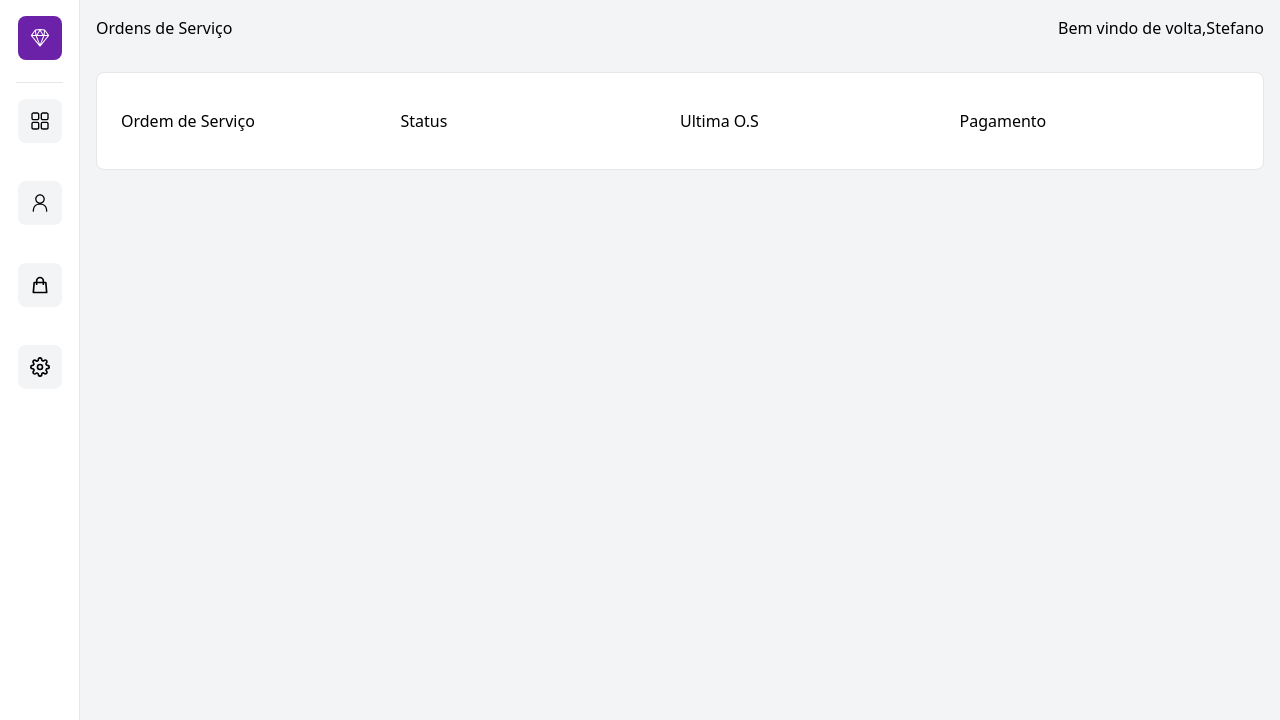
Repository: stefanosousaa/dashboard-next13
Page: /orders
The author's editor kept a copy of each file at every save. The page is drawn from the files as they stood at one save, then again after a run of saves.
The browser window is 1280 px wide. The pictures show the whole page.
The project was rebuilt for these pictures with package versions that can differ from the ones it lists, and the page was loaded fresh each time. The framework's server and built-in components were replaced by stand-ins that run in the browser. Also part of the build but not shown: next.config.js.

Above is the page before, as saved 2023-05-18 18:22:51.

After the next 3 saves:
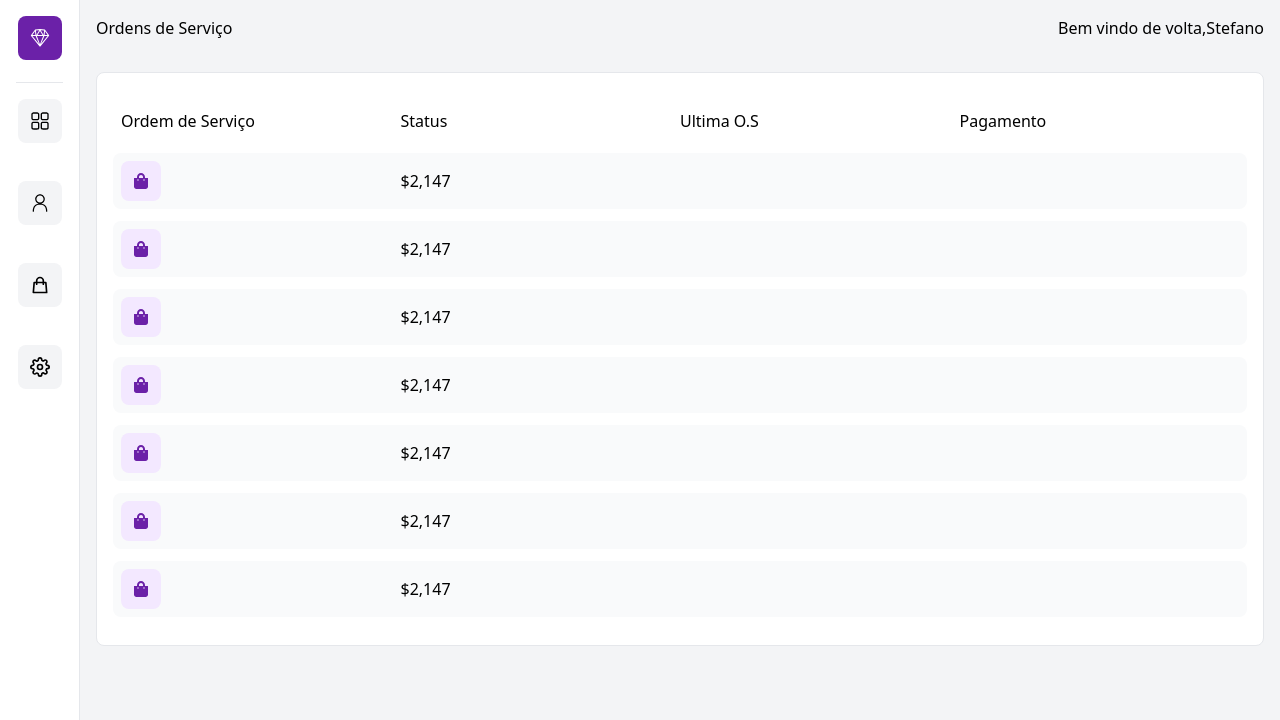
The 3 saves are shown as one change because 2 did not build or start.
The last was saved 6 min 54 s later.
--- a/pages/orders.jsx
+++ b/pages/orders.jsx
@@ -1,4 +1,6 @@
 import React from 'react'
+import { FaShoppingBag } from 'react-icons/fa'
+import {data} from '../data/data.js'
 
 const orders = () => {
   return (
@@ -15,6 +17,21 @@ const orders = () => {
                 <span className='hidden md:grid'>Ultima O.S</span>
                 <span className='hidden sm:grid'>Pagamento</span>
               </div>
+              <ul>
+                {data.map((order,id) => (
+                    <li key={id} className='bg-gray-50 hover:bg-gray-100 rounded-lg my-3 p-2 grid md:grid-cols-4 sm:grid-cols-3 grid-cols-2 items-center justify-between cursor-pointer'>
+                      <div className='flex items-center'>
+                          <div className='bg-purple-100 p-3 rounded-lg'>
+                             <FaShoppingBag className='text-purple-800'/>
+                           </div>
+                        </div>
+                        <div>
+                            <p>${order.total.toLocaleString()}</p>
+                        </div>
+
+                    </li>
+                ))}
+              </ul>
             </div>
         </div>
     </div>
